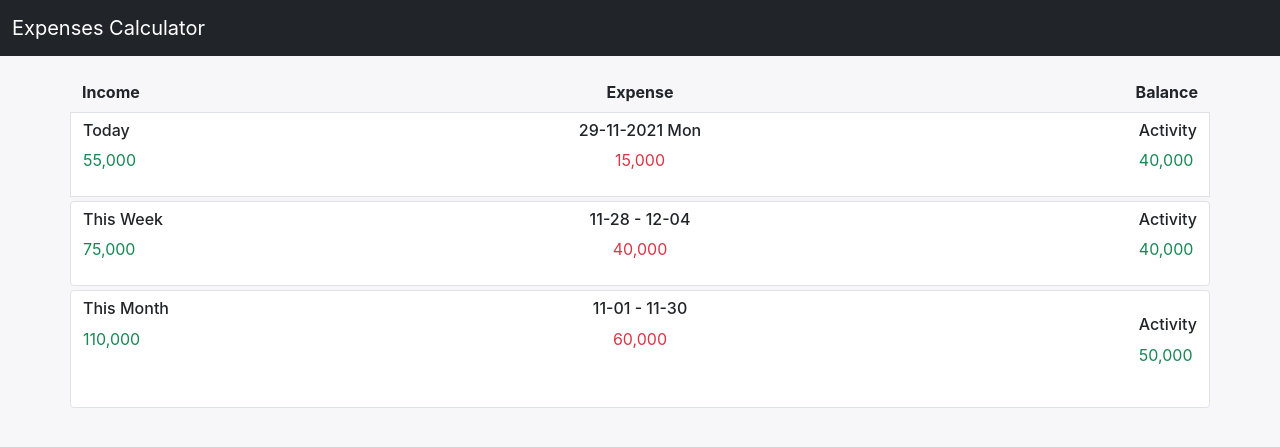
Repository: eidankhan/expenses-calculator
Page: /
These files come from the project's save history. The page is drawn as it stood at one moment and after the next save; the edit follows.
The browser window is 1280 px wide. The pictures show the whole page.
The project was rebuilt for these pictures with package versions that can differ from the ones it lists, and the page was loaded fresh each time. Also part of the build but not shown: src/components/SaveIncome.js.

Above is the page before, as saved 2021-11-29 18:30:28.

### public/index.html
<!DOCTYPE html>
<html lang="en">
  <head>
    <meta charset="utf-8" />
    <link rel="icon" href="%PUBLIC_URL%/favicon.ico" />
    <meta name="viewport" content="width=device-width, initial-scale=1" />
    <meta name="theme-color" content="#000000" />
    <meta
      name="description"
      content="Web site created using create-react-app"
    />
    <link rel="apple-touch-icon" href="%PUBLIC_URL%/logo192.png" />
    <link rel="manifest" href="%PUBLIC_URL%/manifest.json" />
    <!-- CSS only -->
    <link
      href="https://cdn.jsdelivr.net/npm/bootstrap@5.1.3/dist/css/bootstrap.min.css"
      rel="stylesheet"
      integrity="sha384-1BmE4kWBq78iYhFldvKuhfTAU6auU8tT94WrHftjDbrCEXSU1oBoqyl2QvZ6jIW3"
      crossorigin="anonymous"
    />
    <title>Shopping Cart App</title>
  </head>
  <body>
    <noscript>You need to enable JavaScript to run this app.</noscript>
    <div id="root"></div>
    <!-- JavaScript Bundle with Popper -->
    <script
      src="https://cdn.jsdelivr.net/npm/bootstrap@5.1.3/dist/js/bootstrap.bundle.min.js"
      integrity="sha384-ka7Sk0Gln4gmtz2MlQnikT1wXgYsOg+OMhuP+IlRH9sENBO0LRn5q+8nbTov4+1p"
      crossorigin="anonymous"
    ></script>
  </body>
</html>

### src/index.css
body {
  margin: 0;
  font-family: -apple-system, BlinkMacSystemFont, 'Segoe UI', 'Roboto', 'Oxygen',
    'Ubuntu', 'Cantarell', 'Fira Sans', 'Droid Sans', 'Helvetica Neue',
    sans-serif;
  -webkit-font-smoothing: antialiased;
  -moz-osx-font-smoothing: grayscale;
}

code {
  font-family: source-code-pro, Menlo, Monaco, Consolas, 'Courier New',
    monospace;
}

body{
  background-color: #F7F7F9;
}

### src/App.js
// import {
//   BrowserRouter as Router,
//   Routes,
//   Route,
// } from "react-router-dom";

import { IncomeSummary } from "./components/IncomeSummary";
import { Navbar } from "./components/Navbar";
import { SaveIncome } from "./components/SaveIncome";

function App() {
  return (
    <>
      <Navbar />
      <div className="container my-3">
        {/* <SaveIncome/> */}
        <IncomeSummary/>
      </div>
    </>
  );
}

export default App;

### src/components/IncomeSummary.js
import React from "react";

export const IncomeSummary = () => {
  return (
    <div className="my-3">
      <div className="row">
        <div className="col-md-4 my-2">
          <strong>Income</strong>
        </div>
        <div className="col-md-4 my-2 text-center">
          <strong>Expense</strong>
        </div>
        <div className="col-md-4 my-2">
          <strong className="float-end">Balance</strong>
        </div>
      </div>
      <div className="row border rounder" style={{ backgroundColor: "white" }}>
        <div className="col-md-4 my-2" m>
          <h6> Today </h6>
          <p className="text-success"> 55,000</p>
        </div>
        <div className="col-md-4 my-2">
          <div className="text-center">
            <h6> 29-11-2021 Mon </h6>
            <p className="text-danger"> 15,000</p>
          </div>
        </div>
        <div className="col-md-4 my-2">
          <div className="float-end">
          <h6> Activity </h6>
          <p className="text-success"> 40,000</p>
          </div>
        </div>
      </div>
      <div
        className="row border rounded my-1"
        style={{ backgroundColor: "white" }}
      >
        <div className="col-md-4 my-2">
          <div className="cards">
            <h6> This Week </h6>
            <p className="text-success"> 75,000</p>
          </div>
        </div>
        <div className="col-md-4 my-2">
        <div className="text-center">
          <h6> 11-28 - 12-04 </h6>
          <p className="text-danger"> 40,000</p>
        </div>
        </div>
        <div className="col-md-4 my-2">
          <div className="float-end">
            <h6> Activity </h6>
            <p className="text-success"> 40,000</p>
          </div>
        </div>
      </div>
      <div
        className="row border rounded my-1"
        style={{ backgroundColor: "white" }}
      >
        <div className="col-md-4 my-2">
          <div className="cards">
            <h6> This Month </h6>
            <p className="text-success"> 110,000</p>
          </div>
        </div>
        <div className="col-md-4 my-2">
        <div className="text-center">
          <h6> 11-01 - 11-30 </h6>
          <p className="text-danger"> 60,000</p>
          </div>
        </div>
        <div className="col-md-4 my-2 py-3">
          <div className="float-end">
            <h6> Activity </h6>
            <p className="text-success"> 50,000</p>
          </div>
        </div>
      </div>
    </div>
  );
};

### src/components/Navbar.js
import React from "react";

export const Navbar = () => {
  return (
    <nav className="navbar navbar-dark bg-dark">
      <div className="container-fluid">
        <a className="navbar-brand" href="/" > Expenses Calculator</a>

        {/* <form className="d-flex">
          <input
            className="form-control me-2"
            type="search"
            placeholder="Search"
            aria-label="Search"
          />
          <button className="btn btn-outline-success" type="submit">
            Search
          </button>
        </form> */}

      </div>
    </nav>
  );
};

Loaded but not shown: src/index.js (common file)

After the next save:
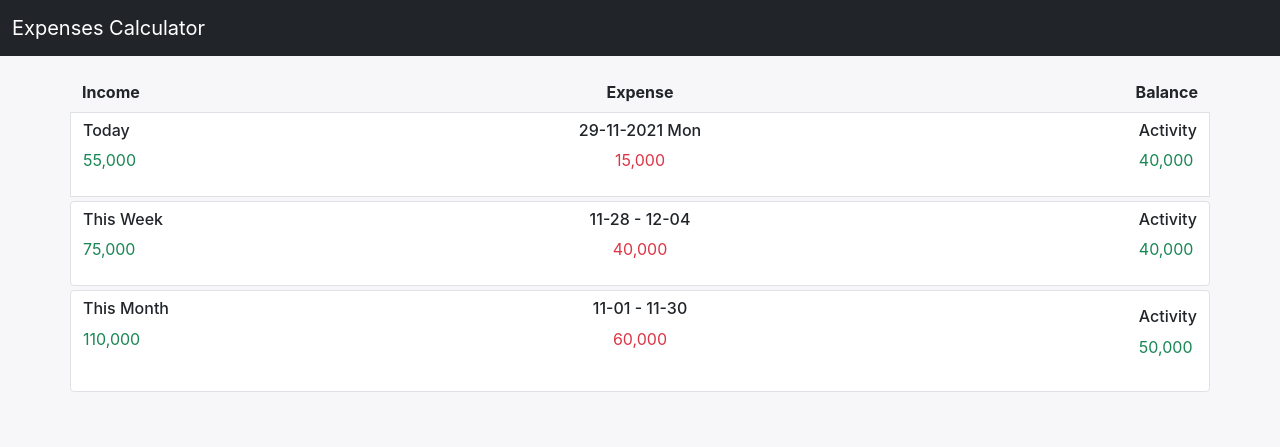
Saved 15 s later.
--- a/src/components/IncomeSummary.js
+++ b/src/components/IncomeSummary.js
@@ -71,7 +71,7 @@ export const IncomeSummary = () => {
           <p className="text-danger"> 60,000</p>
           </div>
         </div>
-        <div className="col-md-4 my-2 py-3">
+        <div className="col-md-4 py-3">
           <div className="float-end">
             <h6> Activity </h6>
             <p className="text-success"> 50,000</p>
